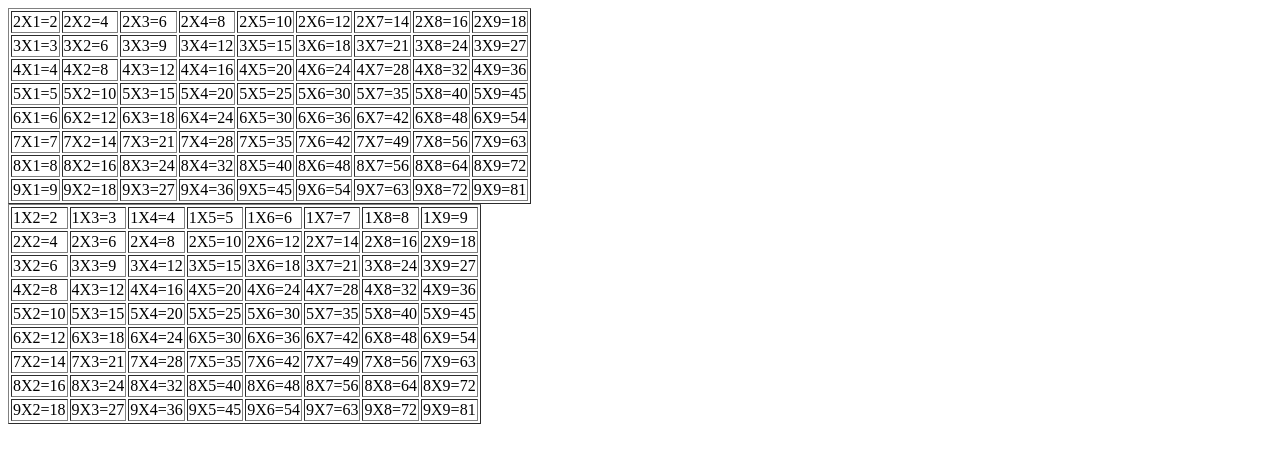
Repository: Kimgigon123123/JspServlet
Page: http://localhost/03.Tag/01.Script/Ex04For.jsp
An editor plug-in stored every save of this project. The page is shown before and after the next save, followed by the edit.
The browser window is 1280 px wide. The pictures show the whole page.
The page is served by Tomcat 9.

Above is the page before, as saved 2023-05-19 02:12:44.

After the next save:
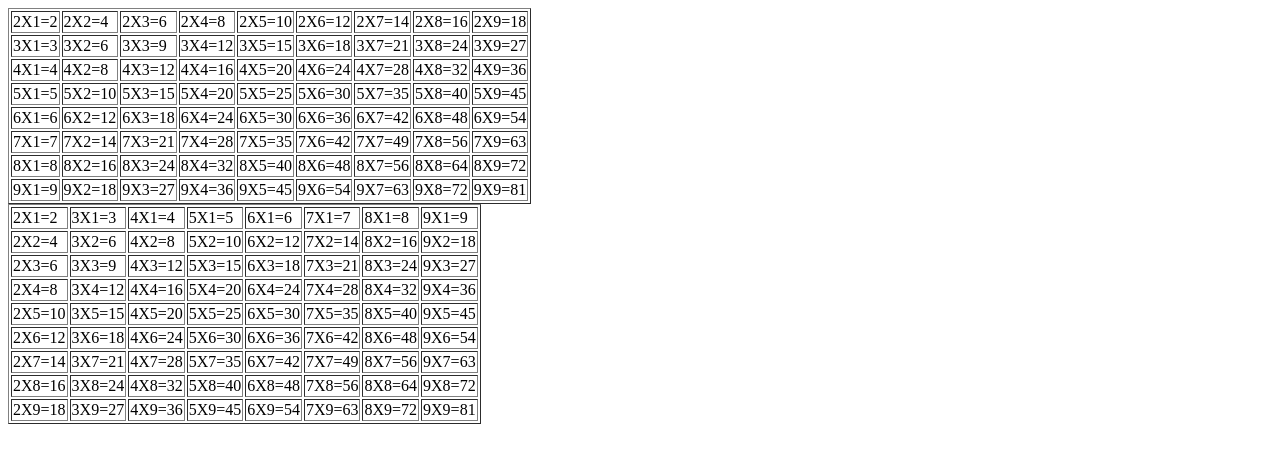
Saved 47 s later.
--- a/WorkSpace/03.Tag/src/main/webapp/01.Script/Ex04For.jsp
+++ b/WorkSpace/03.Tag/src/main/webapp/01.Script/Ex04For.jsp
@@ -18,7 +18,7 @@
 	<table border = "1px solid black">
 	<% for(int i=1;i<=9;i++){%><tr>
 		<%for(int j=2;j<=9;j++){%>
-	<td><%=i+"X"+j+"="+i*j %></td>
+	<td><%=j+"X"+i+"="+i*j %></td>
 
 	<% } %> </tr>
 	<% }%> </table>
